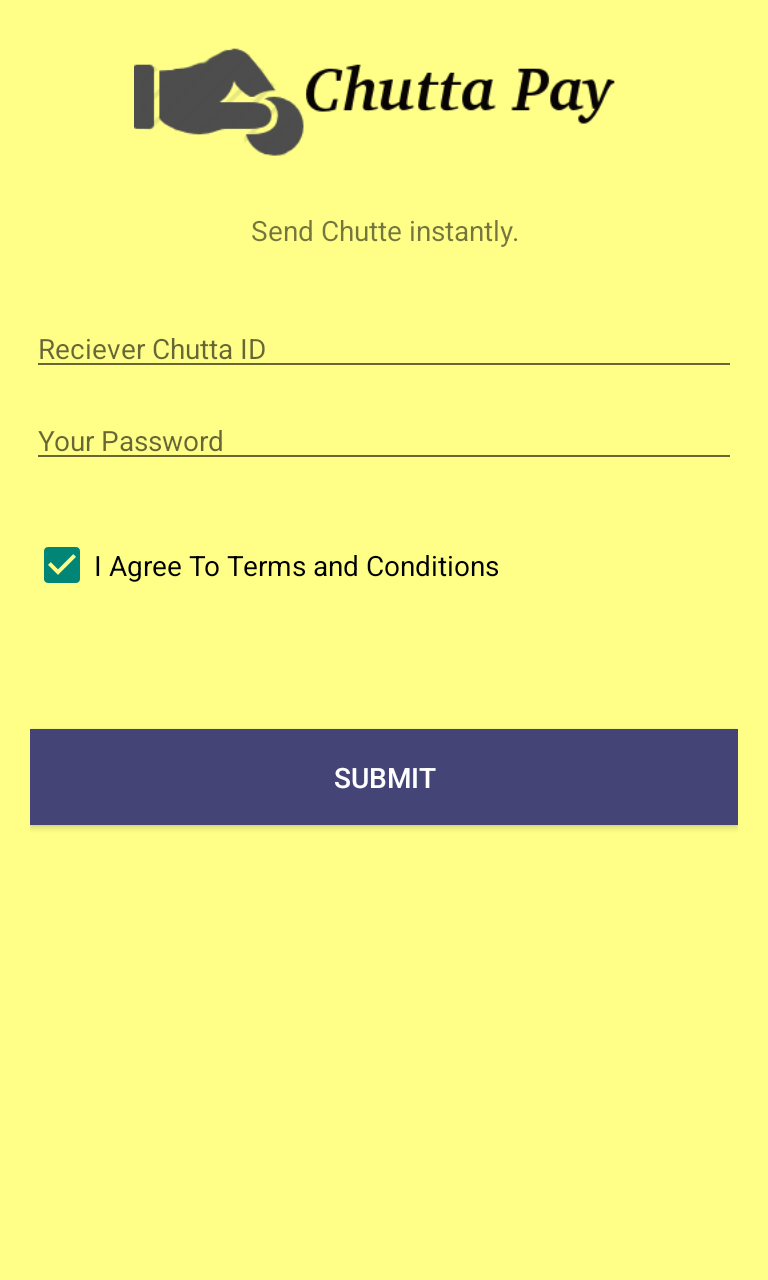
Repository: pankajksharma/chutta-pay
Layout: ChuttaPay/res/layout/payment.xml
An editor plug-in stored every save of this project. The layout is shown before and after the next save, followed by the edit.
It is drawn on a 768 x 1280 px phone screen (xhdpi) without system bars, with theme AppTheme; the app's code is not run. The app's manifest (not shown) leaves right-to-left support off. So textAlignment, textDirection and layoutDirection are ignored, and left and right values win over start and end ones.

Above is the layout before, as saved 2014-04-26 14:53:50.

After the next save:
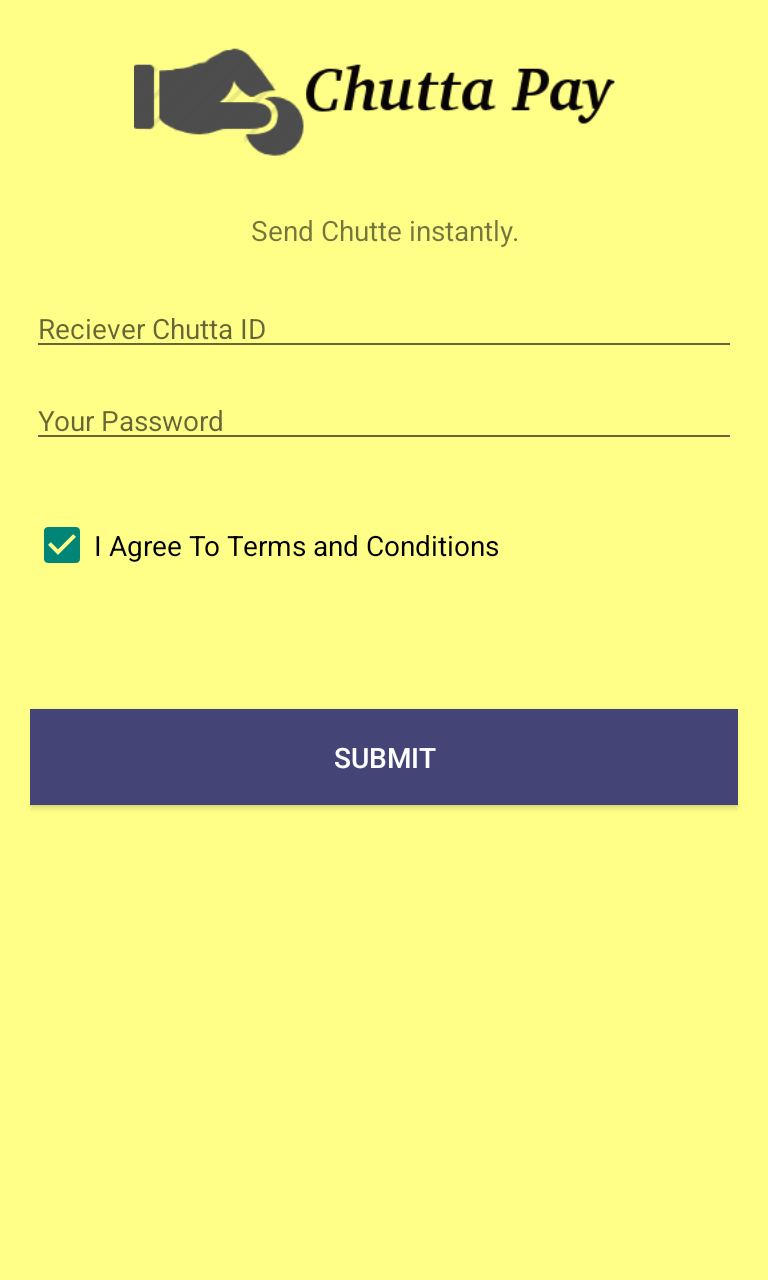
Saved 12 s later.
--- a/ChuttaPay/res/layout/payment.xml
+++ b/ChuttaPay/res/layout/payment.xml
@@ -27,7 +27,7 @@
             android:layout_width="match_parent"
             android:layout_height="wrap_content"
             android:gravity="center_horizontal"
-            android:layout_marginBottom="30dp"
+            android:layout_marginBottom="20dp"
             android:text="Send Chutte instantly." />
 
 
